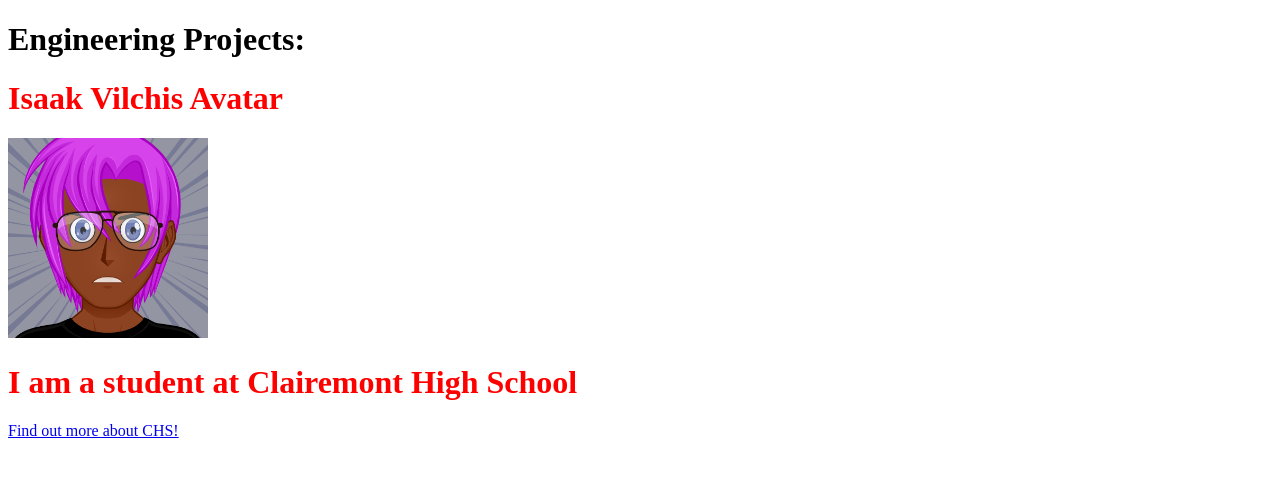
Repository: Isaakwashere/isaakwashere.github.io
Page: Engineering.html
The author's editor kept a record of every edit. The page is drawn from the files as they stood at one moment, then again after the next edit.
The browser window is 1280 px wide. The pictures show the whole page.

Above is the page before.

### Engineering.html
<!DOCTYPE html>
<html>
   <style>
body {

}
</style>


<body>


<h1 style="color:black;">Engineering Projects:</h1>



<h1 style="color:red;">Isaak Vilchis Avatar</h1>
<img src="images/Avatar.PNG" alt="Mrs. Samora's Avatar" width="200" height="200">
<h1 style="color:red;">I am a student at Clairemont High School</h1>
<a href="https://www.sandiegounified.org/schools/clairemont/" target="_blank"> Find out more about CHS!</a>

</body>
</html>

After the next edit:
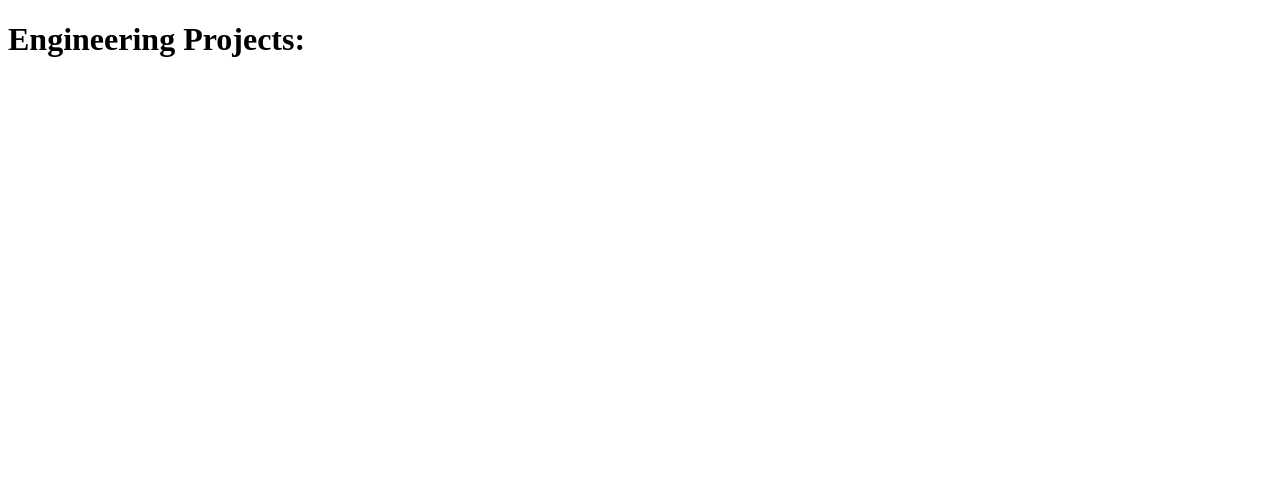
The edit:
--- a/Engineering.html
+++ b/Engineering.html
@@ -14,10 +14,6 @@
 
 
 
-<h1 style="color:red;">Isaak Vilchis Avatar</h1>
-<img src="images/Avatar.PNG" alt="Mrs. Samora's Avatar" width="200" height="200">
-<h1 style="color:red;">I am a student at Clairemont High School</h1>
-<a href="https://www.sandiegounified.org/schools/clairemont/" target="_blank"> Find out more about CHS!</a>
 
 </body>
 </html>
